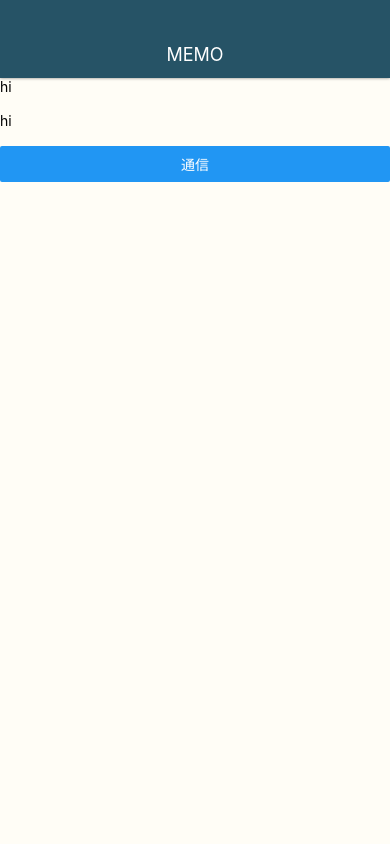
Repository: NagataRyuji0630/memo_app_for_reactNative
Screen: /
The author's editor kept a copy of each file at every save. The screen is drawn from the files as they stood at one save, then again after the next save.
The app was drawn by React Native's web renderer in a window 390 px wide. The project was rebuilt for these pictures with package versions that can differ from the ones it lists, and the page was loaded fresh each time. Some packages were replaced by stand-ins written for this rebuild. Also part of the build but not shown: src/components/MemoList.jsx, src/elements/CircleBtn.jsx, src/screens/MemoListScreen.jsx, src/screens/MemoDetailScreen.jsx, src/screens/MemoEditScreen.jsx.

Above is the screen before, as saved 2020-05-15 08:34:27.

### App.js
import React from 'react';
import { StyleSheet, View } from 'react-native';
import AppBar from './src/components/AppBar';
import MemoListScreen from './src/screens/MemoListScreen'
import MemoDtailScreen from './src/screens/MemoDetailScreen';
import MemoEditScreen from './src/screens/MemoEditScreen';
import LoginScreen from './src/screens/LoginScreen';


export default class App extends React.Component {
  render() {
    return (
      <View style={styles.container}>
        <AppBar />
        <LoginScreen />
      </View>
    );
  }
}

const styles = StyleSheet.create({
  container: {
    flex: 1,
    backgroundColor: '#FFFDF6',
    alignItems: 'center',
    justifyContent: 'center',
    paddingTop: 78,
  },
});

### src/components/AppBar.jsx
import React from 'react';
import { Component } from 'react';
import { StyleSheet, View, Text } from 'react-native';

const styles = StyleSheet.create({
    appbar: {
        position: 'absolute',
        top: 0,
        left: 0,
        right: 0,
        height: 78,
        paddingTop: 30,
        backgroundColor: '#265366',
        justifyContent: 'center',
        alignItems: 'center',
        shadowColor: '#000',
        shadowOffset: { width: 0, height: 0 },
        shadowOpacity: 0.5,
        shadowRadius: 3,
        zIndex: 10,
    },
    appbarTitle: {
        color: '#fff',
        fontSize: 18,
    },
});

class AppBar extends Component {
    render() {
        return (
            <View style={styles.appbar}>
                <View>
                    <Text style={styles.appbarTitle}>MEMO</Text>
                </View>
            </View>
        );
    }
}

export default AppBar;

### src/screens/LoginScreen.jsx
import React from 'react';
import { Component } from 'react';
import { StyleSheet, View, Text, TextInput, Button } from 'react-native';
import CircleBtn from '../elements/CircleBtn';


const styles = StyleSheet.create({
    container: {
        flex: 1,
        width: '100%',
    }

});


class LoginScreen extends Component {
    render() {
        return (
            <View style={styles.container}>
                    <TextInput style={styles.memoEditInput} value='hi' multiline />
                    <TextInput style={styles.memoEditInput} value='hi' multiline />
                    <Button title='通信' onPress={() => {}}/>
            </View>
        );
    }
}

export default LoginScreen;

After the next save:
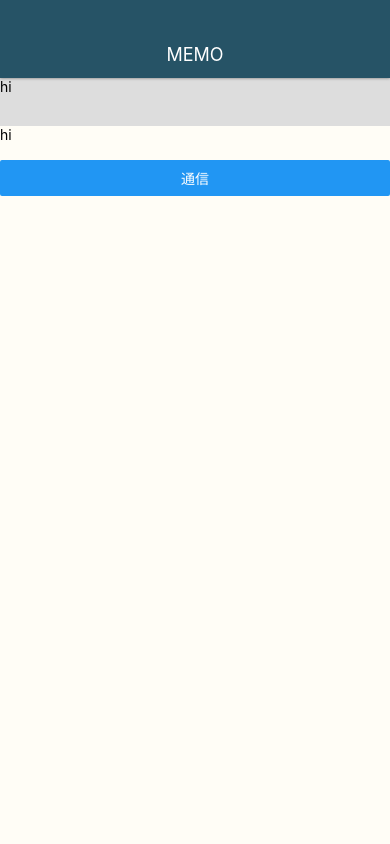
Saved 49 s later.
--- a/src/screens/LoginScreen.jsx
+++ b/src/screens/LoginScreen.jsx
@@ -8,6 +8,10 @@ const styles = StyleSheet.create({
     container: {
         flex: 1,
         width: '100%',
+    },
+    input: {
+        backgroundColor: '#ddd',
+        height: 48,
     }
 
 });
@@ -17,7 +21,7 @@ class LoginScreen extends Component {
     render() {
         return (
             <View style={styles.container}>
-                    <TextInput style={styles.memoEditInput} value='hi' multiline />
+                    <TextInput style={styles.input} value='hi' multiline />
                     <TextInput style={styles.memoEditInput} value='hi' multiline />
                     <Button title='通信' onPress={() => {}}/>
             </View>
